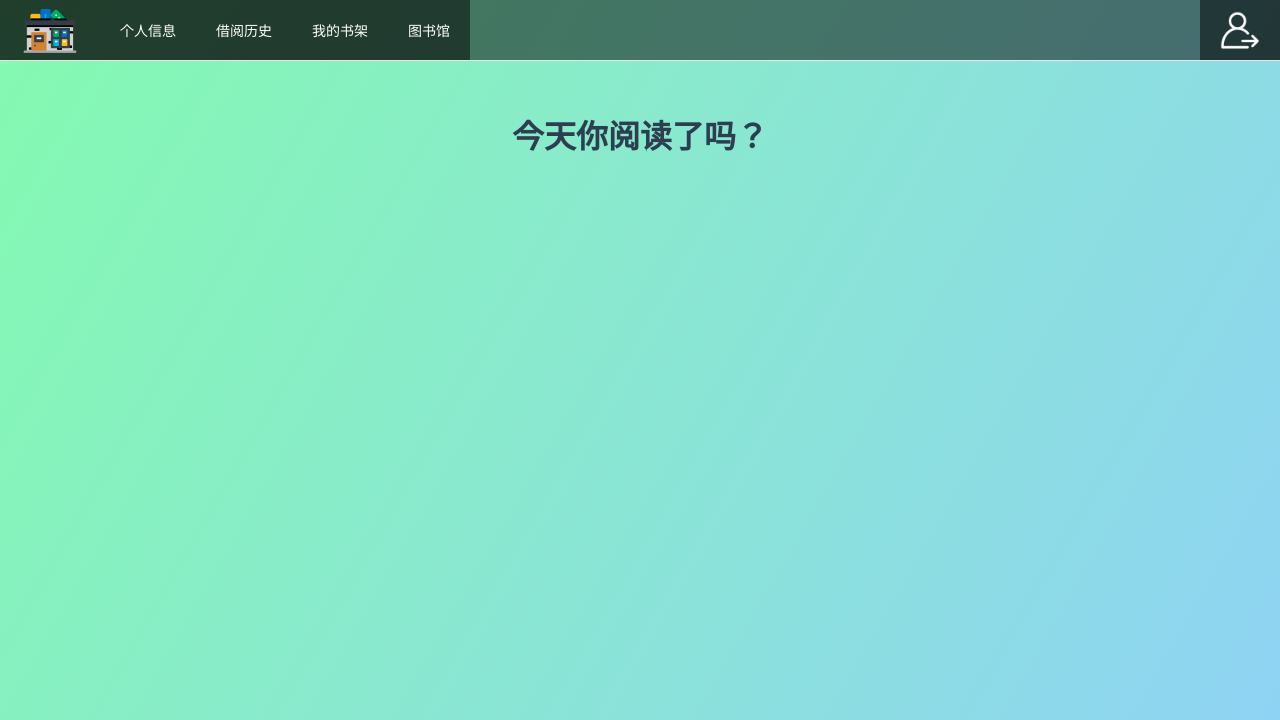
Repository: Akron-xz/helloVue
Page: /#/user (app in vue-library/)
These files come from the project's save history. The page is drawn as it stood at one moment and after the next save; the edit follows.
The browser window is 1280 px wide. The pictures show the whole page.
The project was rebuilt for these pictures with package versions that can differ from the ones it lists, and the page was loaded fresh each time. Also part of the build but not shown: vue-library/src/components/homeNav.vue, vue-library/src/views/Home.vue.

Above is the page before, as saved 2020-11-25 09:08:01.

### vue-library/src/main.js
import Vue from 'vue'
import App from './App.vue'
import ElementUI from 'element-ui';
import 'element-ui/lib/theme-chalk/index.css';
import axios from "axios"
import router from './router'
import Router from 'vue-router'

const routerPush = Router.prototype.push
Router.prototype.push = function push(location) {
    return routerPush.call(this, location).catch(error => error)
}

Vue.config.productionTip = false
Vue.use(ElementUI);
Vue.prototype.$axios = axios;


new Vue({
    router,
    render: h => h(App)
}).$mount('#app')

### vue-library/src/router/index.js
import Vue from 'vue'
import VueRouter from 'vue-router'
import Home from '../views/Home.vue'


Vue.use(VueRouter)

const routes = [{
        path: '/',
        name: 'Home',
        component: Home
    },
    {
        path: '/about',
        name: 'About',
        // route level code-splitting
        // this generates a separate chunk (about.[hash].js) for this route
        // which is lazy-loaded when the route is visited.
        component: () =>
            import ( /* webpackChunkName: "about" */ '../views/About.vue')
    },
    {
        path: '/admin',
        name: 'Admin',
        // route level code-splitting
        // this generates a separate chunk (about.[hash].js) for this route
        // which is lazy-loaded when the route is visited.
        component: () =>
            import ( /* webpackChunkName: "about" */ '../views/Administrator.vue')
    },
    {
        path: "/userLogin",
        name: "UserLogin",
        component: () =>
            import ('../views/UserLogin.vue')
    },
    {
        path: "/user",
        name: "User",
        component: () =>
            import ( /* webpackChunkName: "about" */ '../views/User.vue')
    },
    {
        path: "/signup",
        name: "SignUp",
        component: () =>
            import ('../views/SignUp.vue')
    },
    {
        path: "/adminmain",
        name: "AdminMain",
        component: () =>
            import ('../views/AdminMain.vue')
    },
    {

        path: "/MyInformation",
        name: "MyInformation",
        component: () =>
            import ('../views/MyInformation.vue')
    },
    {
        path: "/library",
        name: "Library",
        component: () =>
            import ( /* webpackChunkName: "about" */ '../views/Library.vue')

    },
    {
        path: "/modifymsg",
        name: "ModifyMsg",
        component: () =>
            import ('../views/ModifyMsg.vue')
    },
    {
        path: "/borrowhistory",
        name: "BorrowHistory",
        component: () =>
            import ('../views/BorrowHistory.vue')
    },
    {
        path: "/newissue",
        name: "NewIssue",
        component: () =>
            import ('../views/NewIssue.vue')
    },
    {
        path: "/booksearch",
        name: "BookSearch",
        component: () =>
            import ('../views/BookSearch.vue')
    },
    {
        path: "/MyBookshelves",
        name: "MyBookshelves",
        component: () =>
            import ('../views/MyBookshelves.vue')
    },
    {
        path: "/modifyAnnounce",
        name: "ModifyAnnounce",
        component: () =>
            import ('../views/ModifyAnnounce.vue')
    },
    {
        path: "/statistics",
        name: "Statistics",
        component: () =>
            import ('../views/Statistics.vue')
    },


]

const router = new VueRouter({
    routes
})

export default router

### vue-library/src/views/User.vue
<template>
    <div class="user-container container">
        <userNavigation></userNavigation>
        <h1 class="title">今天你阅读了吗？</h1>


    </div>
</template>

<script>
import userNavigation from '@/components/userNav.vue'
export default {
    components:{
        userNavigation
    },
    data() {
        return {

        }
    },
    methods: {

    },
    created() {

    },
}
</script>

<style scoped>
.user-container{
    position: fixed;
    left: 0;
    top: 0;
    width: 100%;
    height: 100%;
    background-repeat: no-repeat;
    background-size: 100%;
    background-image: linear-gradient(120deg, #84fab0 0%, #8fd3f4 100%);

}


.user-container .title{
    margin-top: 50px;
}
</style>

### vue-library/src/components/userNav.vue
<template>

    <div class="navigation-bar">
        <el-menu
            class="el-menu-demo"
            mode="horizontal"
            @select="handleSelect"
            background-color="#00000080"
            text-color="#ffffff"
            text-font="15px">


            <el-menu-item index="1" @click="toUser">
                <img src="/img/libraryIcon.png" alt="" target="_self" class="libraryIcon">
            </el-menu-item>

            <el-menu-item index="2" @click="toModifyMsg">
                <a  target="_self"  >个人信息</a>
            </el-menu-item>

            <el-menu-item index="3" @click="toBorrowHistory">
                <a  target="_self">借阅历史</a>
            </el-menu-item>

            <el-menu-item index="4" @click="toMyBookshelves">
                <a  target="_self">我的书架</a>
            </el-menu-item>

            <el-menu-item index="5" @click="toLibrary">
                <a  target="_self">图书馆</a>
            </el-menu-item>

            <el-menu-item index="6" class="exitIcon">
                <img src="/img/logoutIconWhite.png" alt="" target="_self" class="logoutIcon" @click="signOut">
            </el-menu-item>

            <!-- <el-menu-item index="6" @click="toMain">
                <a  target="_self">返回主页</a>
            </el-menu-item> -->
        </el-menu>

    </div>
</template>

<script>
export default {
    name:"Nav",
    data() {
      return {
        activeIndex: '1'
      }
    },
    methods: {
    handleSelect(key, keyPath) {
      console.log(key, keyPath);
    },
    toUser(){
      this.$router.push({path:'/user'});
    },

    toModifyMsg(){
      this.$router.push({path:'/ModifyMsg'});
    },
    toBorrowHistory(){
      this.$router.push({path:'/BorrowHistory'});
    },
    toMyBookshelves(){
      this.$router.push({path:'/MyBookshelves'});
    },
    toLibrary(){
      this.$router.push({path:'/Library'});
    },
    signOut(){
      sessionStorage.clear();
      this.$router.push({path:'/'});
    }


  },

}
</script>>

<style scoped>
.libraryIcon{
  height: 60px;
  width: 60px;
}

.exitIcon{
  float: right;
}

.logoutIcon{
  height: 40px;
  width: 40px;
}

</style>>

Loaded but not shown: vue-library/public/index.html (common file); vue-library/src/App.vue (common file)

After the next save:
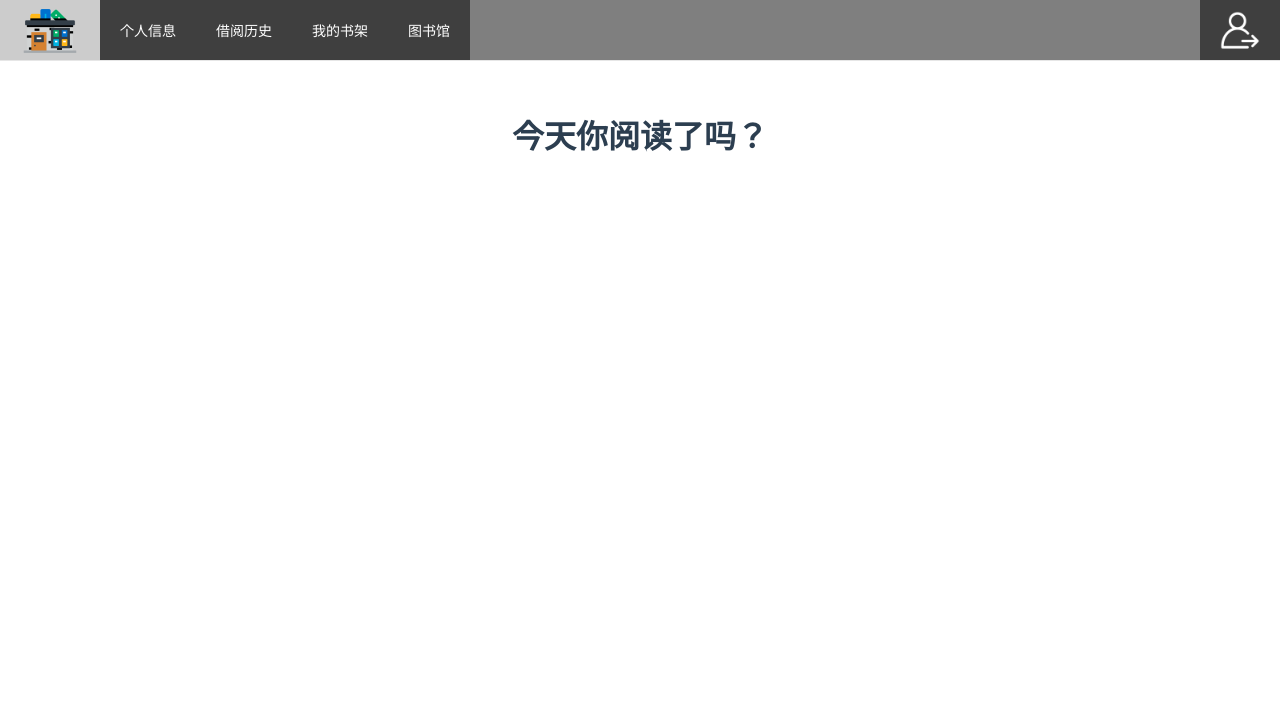
Not found: img/divBg/bg2g.jpg
Saved 37 s later.
--- a/vue-library/src/views/User.vue
+++ b/vue-library/src/views/User.vue
@@ -36,7 +36,7 @@ export default {
     height: 100%;
     background-repeat: no-repeat;
     background-size: 100%;
-    background-image: linear-gradient(120deg, #84fab0 0%, #8fd3f4 100%);
+    background-image: url(/img/divBg/bg2g.jpg);
 
 }
 

After the save that followed:
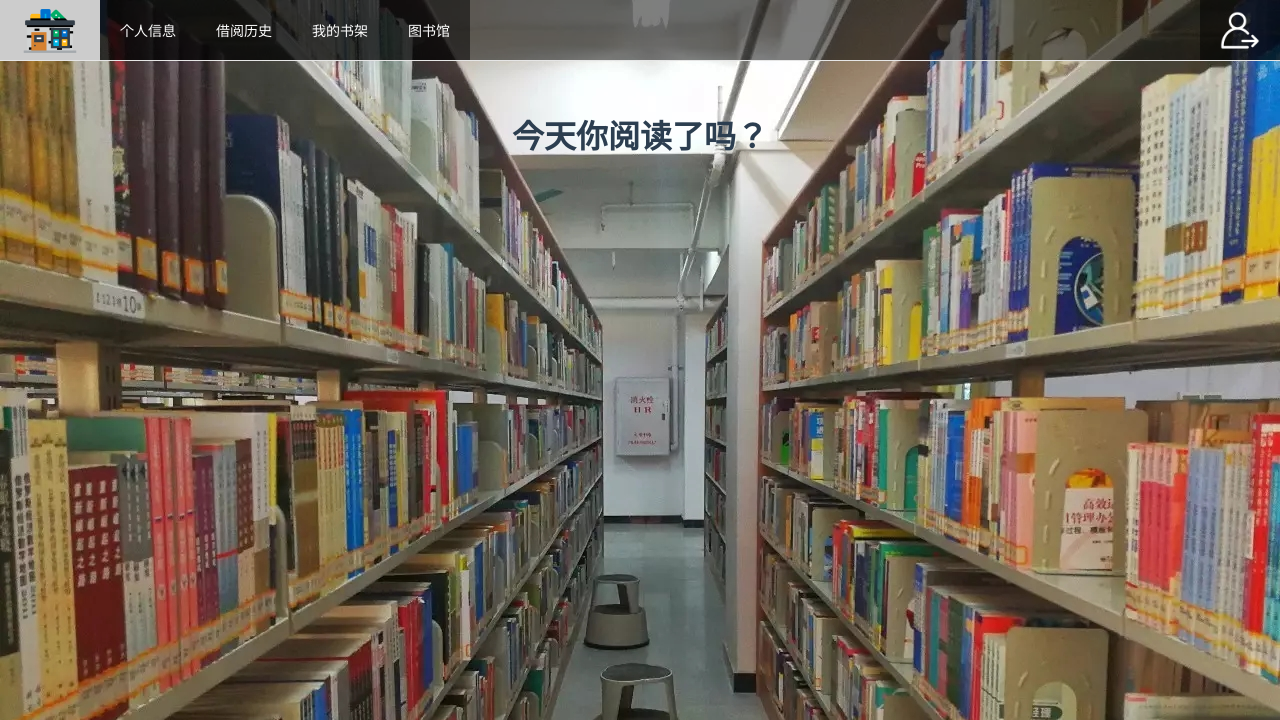
Saved 13 s later.
--- a/vue-library/src/views/User.vue
+++ b/vue-library/src/views/User.vue
@@ -36,7 +36,7 @@ export default {
     height: 100%;
     background-repeat: no-repeat;
     background-size: 100%;
-    background-image: url(/img/divBg/bg2g.jpg);
+    background-image: url(/img/divBg/bg29.jpg);
 
 }
 
